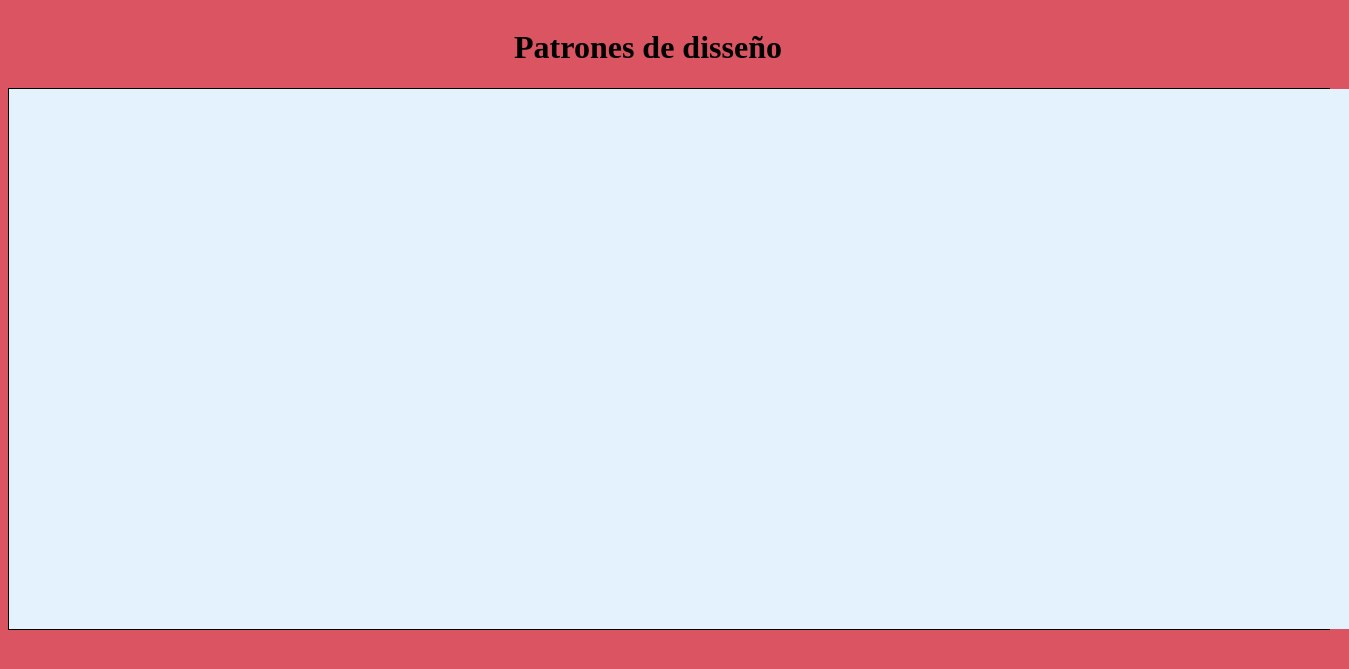
Repository: nrsWebs/design-pattern-es
Page: index.html
An editor plug-in stored every save of this project. The page is shown before and after the next save, followed by the edit.
The browser window is 1280 px wide. The page is 1349 px wide, so the pictures cover 1349 px, including what lies to the right of the window. The pictures show the whole page.

Above is the page before, as saved 2021-02-06 18:15:25.

### index.html
<!DOCTYPE html>
<html>
<head>
<script src="https://ajax.googleapis.com/ajax/libs/jquery/3.5.1/jquery.min.js"></script>
<link rel="stylesheet" href="source/main.css">
</head>
<body>
    <div class="main-content">
        <h1>Patrones de disseño</h1>
        <div class="box">
            <div class="glass"></div>
            <div class=""></div>
        </div>
    </div>
</body>
<script>
$(document).ready(function(){
    setTimeout(function(){
        $("p").hide();
    }, 5000);
});
</script>
</html>

### source/main.css
:root {
    --main: #F5F5F5;
    --secondary: #E3F2FD;
    --auxiliar: #DB5461
  }
body {
    background-color: var(--auxiliar);
    display: flex;
    justify-content: center;
    width: 100%;
}
.main-content{
    display: flex;
    flex-direction: column;
    justify-content: space-around;
    width: 100%;
    max-width: 1440px;
}
h1{
    text-align: center;
}
.box {
    display: flex;
    flex-direction: column;
    justify-content: space-around;
    width: 100%;
    padding: 20px;
    height: 500px;
    background-color: var(--secondary);
    border: 1px solid black;
    position: relative;
}
/* GLASS EFFECT */
.glass{
    background: inherit;
    width: 100%;
    height: 100%;
    position: absolute;
    overflow: hidden;
}
.glass:before {
    content: “ ”;
    background: inherit;
    position: absolute;
    left: 0;
    right: 0;
    top: 0;
    bottom: 0;
    box-shadow: inset 0 0 0 3000px rgba(255,255,255,0.3);
    filter: blur(10px);
}

After the next save:
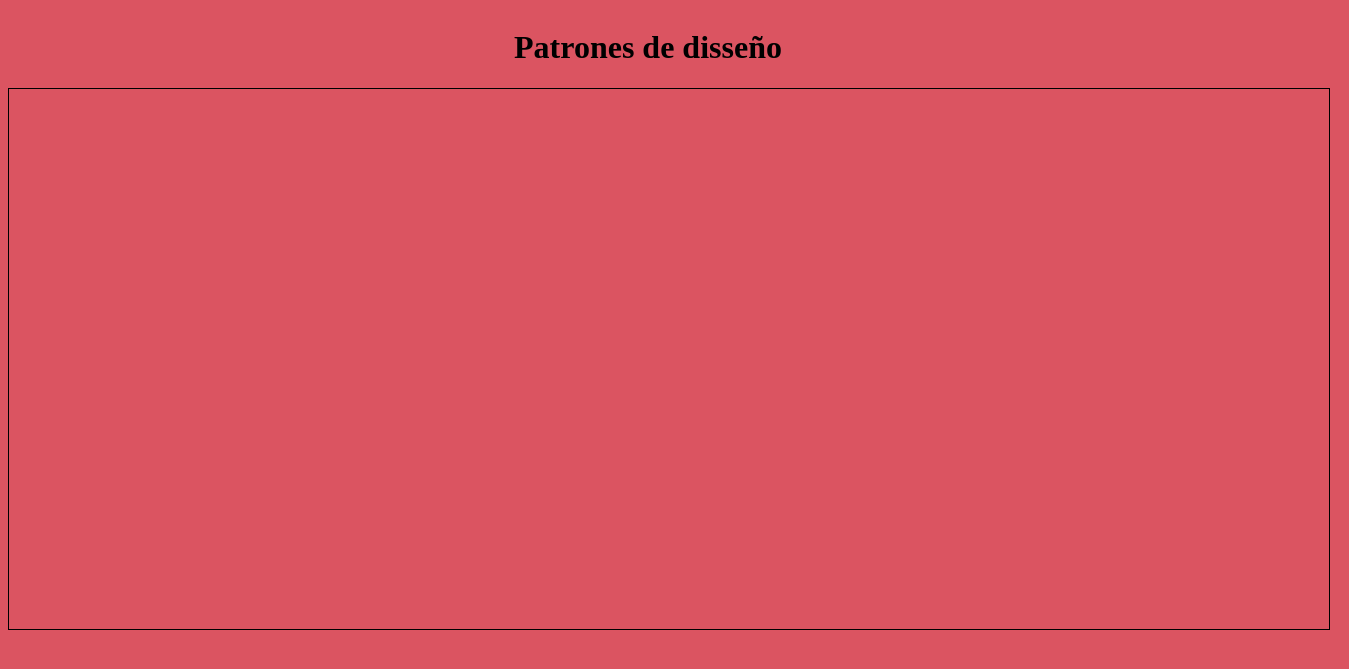
Saved 19 s later.
--- a/source/main.css
+++ b/source/main.css
@@ -26,7 +26,7 @@ h1{
     width: 100%;
     padding: 20px;
     height: 500px;
-    background-color: var(--secondary);
+    /* background-color: var(--secondary); */
     border: 1px solid black;
     position: relative;
 }
